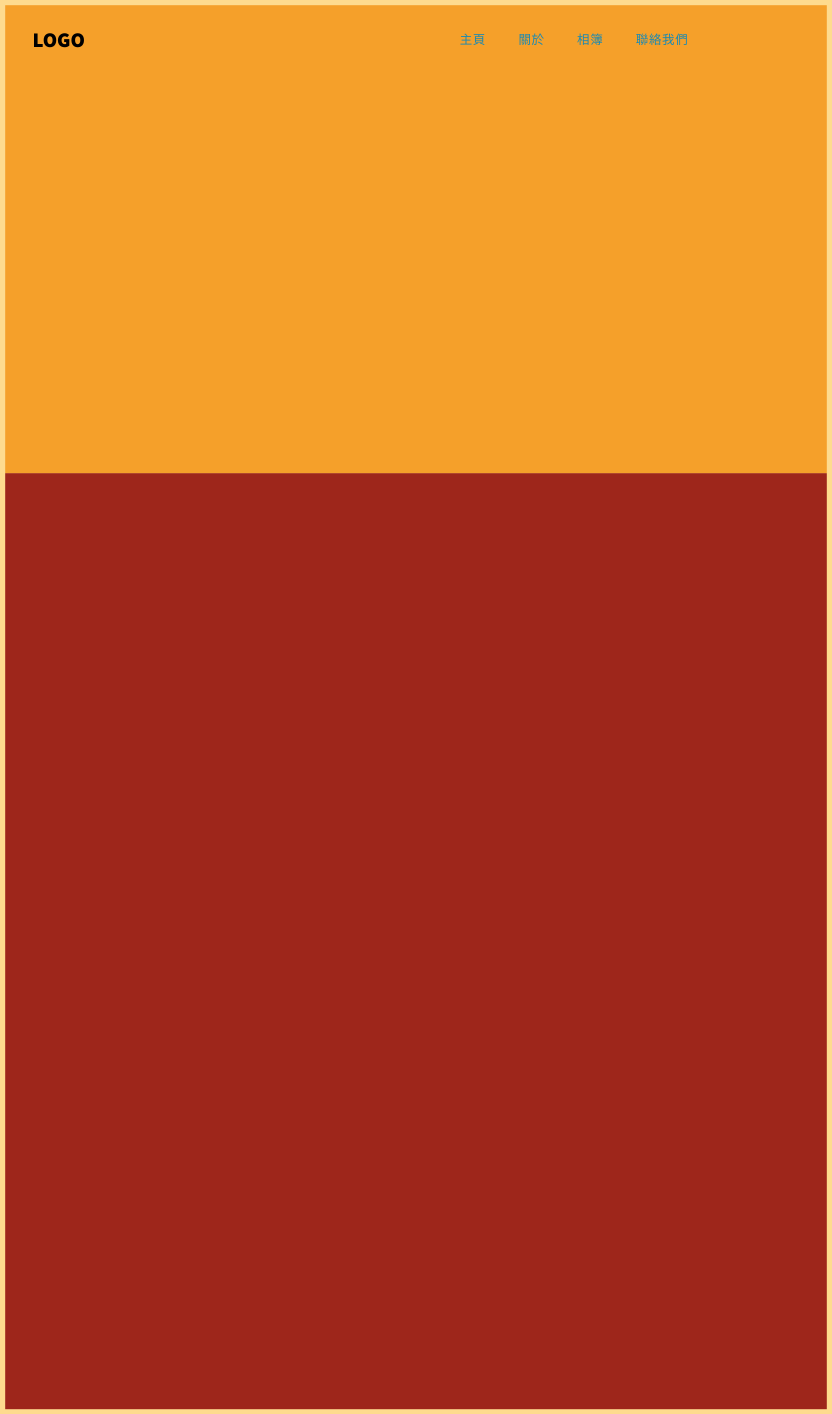
Repository: KevinYu0515/guanghui-food-website
Page: /
These files come from the project's save history. The page is drawn as it stood at one moment and after the next save; the edit follows.
The browser window is 1280 px wide. The pictures show the whole page, at 65% of full size.
The project was rebuilt for these pictures with package versions that can differ from the ones it lists, and the page was loaded fresh each time. Also part of the build but not shown: vue.config.js.

Above is the page before, as saved 2022-03-17 14:39:49.

After the next save:
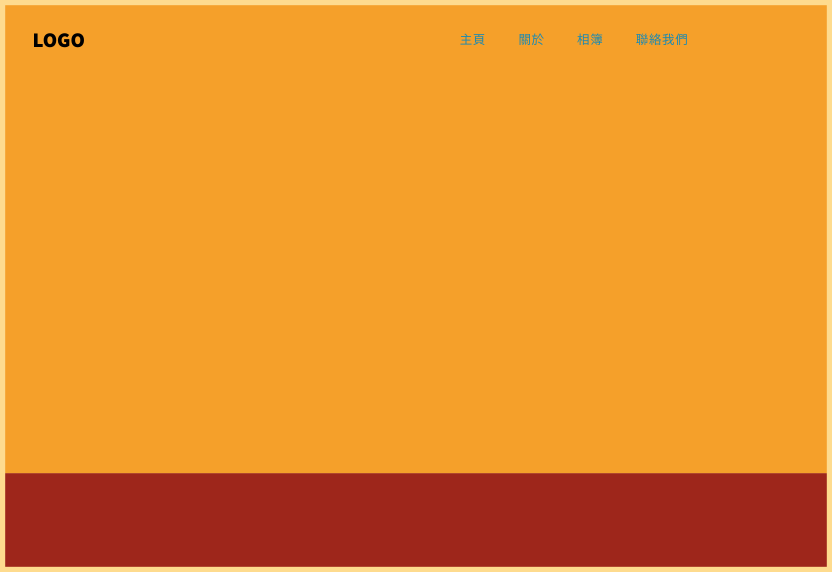
Saved 13 s later.
--- a/src/components/Footer.vue
+++ b/src/components/Footer.vue
@@ -12,7 +12,7 @@ export default {
 <style>
 .footer{
     background:#9E261B;
-    height:200vh;
+    height:20vh;
     width: 100%;
 }
 </style>
